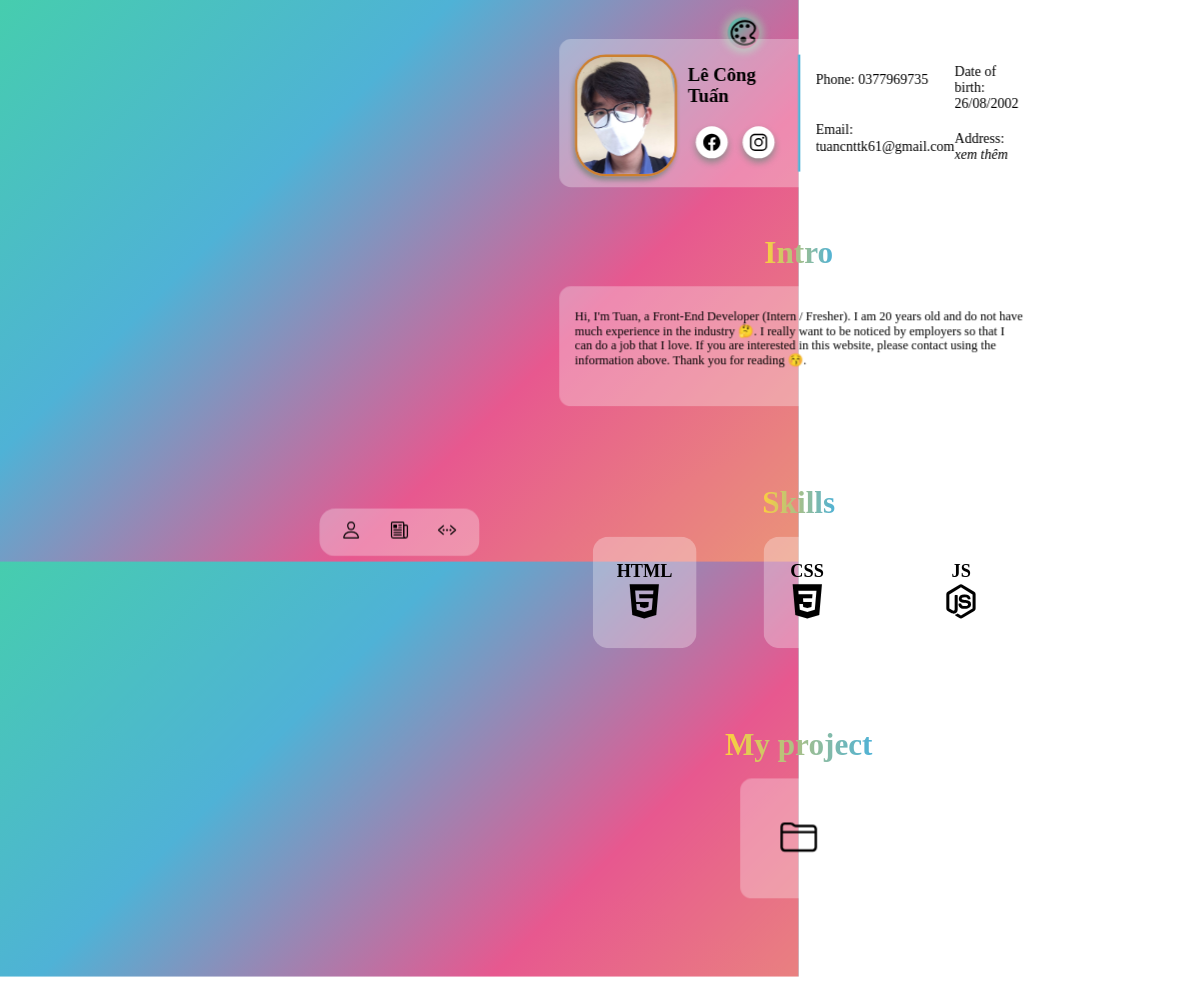
Repository: LeCongTuan2608/Profile
Page: index.html
These files come from the project's save history. The page is drawn as it stood at one moment and after the next save; the edit follows.
The browser window is 1024 px wide. The page is 1536 px wide, then 1024 px, so the pictures cover 1536 px, including what lies to the right of the window. The pictures show the whole page, at 78% of full size.
Backgrounds fixed to the window are drawn as part of the page. The style sheet was rebuilt from its Sass, Less or Tailwind sources for each picture, by a compiler version that may differ from the author's.

Above is the page before, as saved 2022-05-05 12:17:22.

### index.html
<!DOCTYPE html>
<html lang="en">
   <head>
      <meta charset="UTF-8" />
      <meta http-equiv="X-UA-Compatible" content="IE=edge" />
      <meta name="viewport" content="width=device-width, initial-scale=1.0" />

      <script type="module" src="https://unpkg.com/ionicons@5.5.2/dist/ionicons/ionicons.esm.js"></script>
      <script nomodule src="https://unpkg.com/ionicons@5.5.2/dist/ionicons/ionicons.js"></script>

      <link rel="preconnect" href="https://fonts.googleapis.com" />
      <link rel="preconnect" href="https://fonts.gstatic.com" crossorigin />
      <link href="https://fonts.googleapis.com/css2?family=Pacifico&display=swap" rel="stylesheet" />

      <link href="https://unpkg.com/aos@2.3.1/dist/aos.css" rel="stylesheet" />
      <script src="https://unpkg.com/aos@2.3.1/dist/aos.js"></script>

      <link rel="stylesheet" href="./sass/css/style.css" />
      <title>Profile</title>
   </head>
   <body>
      <div class="container">
         <div class="palette">
            <ion-icon name="color-palette-outline"></ion-icon>
            <div class="list-color">
               <ul>
                  <li class="bgr-color"></li>
                  <li class="bgr-color"></li>
                  <li class="bgr-color"></li>
               </ul>
            </div>
         </div>

         <div class="contents">
            <div data-aos="flip-left" data-aos-duration="1500">
               <div class="card-info">
                  <div class="personal-information">
                     <div class="image">
                        <div class="user-image">
                           <img src="./images/1.JPG" alt="" />
                        </div>
                        <div class="user-intro">
                           <h2>Lê Công Tuấn</h2>
                           <div class="user-intro-navigation">
                              <div class="navigation-fb">
                                 <a href="https://www.facebook.com/profile.php?id=100026041985048"
                                    ><ion-icon name="logo-facebook"></ion-icon
                                 ></a>
                                 <span>facebook</span>
                              </div>
                              <div class="navigation-ins">
                                 <a href="https://www.instagram.com/tuanle2608/"
                                    ><ion-icon name="logo-instagram"></ion-icon
                                 ></a>
                                 <span>instagram</span>
                              </div>
                           </div>
                        </div>
                     </div>
                     <div class="contact">
                        <div class="contact-info">
                           <span>Phone: 0377969735</span>
                           <span>Email: tuancnttk61@gmail.com</span>
                        </div>
                        <div class="contact-info">
                           <span>Date of birth: 26/08/2002</span>
                           <span>Address: <i id="see">xem thêm</i></span>
                        </div>
                     </div>
                  </div>
               </div>
            </div>
            <div class="card-intro">
               <div class="intro-yourself">
                  <div class="title">
                     <div data-aos="fade-up" data-aos-duration="1000">
                        <h1>Intro</h1>
                     </div>
                  </div>
                  <div data-aos="flip-down" data-aos-duration="1000">
                     <div class="intro-content">
                        <p>
                           Hi, I'm Tuan, a Front-End Developer (Intern / Fresher). I am 20 years old and do not have
                           much experience in the industry 🤔. I really want to be noticed by employers so that I can do
                           a job that I love. If you are interested in this website, please contact using the
                           information above. Thank you for reading 😚.
                        </p>
                     </div>
                  </div>
               </div>

               <div class="my-skills">
                  <div class="title">
                     <div data-aos="fade-down" data-aos-easing="linear" data-aos-duration="300">
                        <h1>Skills</h1>
                     </div>
                  </div>
                  <div class="skills-content">
                     <div class="list-skills">
                        <div data-aos="fade-right">
                           <h3>HTML</h3>
                           <ion-icon name="logo-html5"></ion-icon>
                        </div>

                        <div data-aos="fade-down">
                           <h3>CSS</h3>
                           <ion-icon name="logo-css3"></ion-icon>
                        </div>

                        <div data-aos="fade-left">
                           <h3>JS</h3>
                           <ion-icon name="logo-nodejs"></ion-icon>
                        </div>
                     </div>
                  </div>
               </div>

               <div class="my-project">
                  <div class="title">
                     <div data-aos="fade-up" data-aos-anchor-placement="bottom-bottom">
                        <h1>My project</h1>
                     </div>
                  </div>
                  <div class="project-box">
                     <div data-aos="zoom-in">
                        <div class="box">
                           <ion-icon name="folder-outline"></ion-icon>
                        </div>
                     </div>
                  </div>
               </div>
            </div>
         </div>

         <div class="box-container">
            <div class="list-project">
               <div class="close">
                  <ion-icon name="close-circle-outline"></ion-icon>
               </div>

               <ul>
                  <li>
                     <a href="https://lecongtuan2608.github.io/Youtube/">https://lecongtuan2608.github.io/Youtube/</a>
                  </li>
                  <li><a href="https://lecongtuan2608.github.io/music/">https://lecongtuan2608.github.io/music/</a></li>
               </ul>
            </div>
         </div>
         <div class="toolbar">
            <div class="tollbar-list">
               <ul>
                  <li><ion-icon name="person-outline"></ion-icon></li>
                  <li><ion-icon name="newspaper-outline"></ion-icon></li>
                  <li><ion-icon name="code-working-outline"></ion-icon></li>
               </ul>
            </div>
         </div>
      </div>
   </body>
   <script>
      AOS.init();
   </script>
   <script src="./js/app.js"></script>
</html>

### js/app.js
const open_project = document.querySelector('.box');
const box_container = document.querySelector('.box-container');
const close_box = document.querySelector('.close');
const list_project = document.querySelector('.list-project');
open_project.addEventListener('click', function () {
   box_container.classList.add('open');
});
close_box.addEventListener('click', function () {
   box_container.classList.remove('open');
});
box_container.addEventListener('click', function () {
   box_container.classList.remove('open');
});
list_project.addEventListener('click', function (event) {
   event.stopPropagation();
});

const palette = document.querySelector('.palette');
var bgr_colors = document.querySelectorAll('.bgr-color');
const container = document.querySelector('.container');
const text_colors = document.querySelectorAll('.title h1');
function bgr_change() {
   for (let i = 0; i < bgr_colors.length; i++) {
      bgr_colors[i].addEventListener('click', function () {
         bgr_colors = i;
         if (bgr_colors == 0) {
            for (let text_color of text_colors) {
               text_color.classList.remove('text-color-2');
               text_color.classList.remove('text-color-3');
               text_color.classList.add('text-color-1');
            }
            container.classList.remove('bgr-color-2');
            container.classList.remove('bgr-color-3');
            container.classList.add('bgr-color-1');
         } else if (bgr_colors == 1) {
            for (let text_color of text_colors) {
               text_color.classList.remove('text-color-1');
               text_color.classList.remove('text-color-3');
               text_color.classList.add('text-color-2');
            }
            container.classList.remove('bgr-color-1');
            container.classList.remove('bgr-color-3');
            container.classList.add('bgr-color-2');
         } else if (bgr_colors == 2) {
            for (let text_color of text_colors) {
               text_color.classList.remove('text-color-1');
               text_color.classList.remove('text-color-2');
               text_color.classList.add('text-color-3');
            }
            container.classList.remove('bgr-color-1');
            container.classList.remove('bgr-color-2');
            container.classList.add('bgr-color-3');
         }
      });
   }
}
bgr_change();

### sass/style.scss
*{
    margin: 0;
    padding: 0;
}
html{
    width: 100%;
    height: 100%;
    padding: 0;
    margin: 0;
    font-family: 'Fredoka One', cursive;

}
body{
    width: 100%;
    height: auto;

}
.container{
    padding-top: 50px;
    width: 100%;
    height: auto;
    position: relative;
    background-image: linear-gradient(-45deg, #ea9479, #e7588f, #4fb2d6, #46cdae);
    background-attachment: fixed;
}
.bgr-color-1{
    background-image: linear-gradient(90deg, #74EBD5 0%, #9FACE6 100%);
    background-attachment: fixed;
}
.bgr-color-2{
    background-image: linear-gradient(to right, #eea2a2 0%, #bbc1bf 19%, #57c6e1 42%, #b49fda 79%, #7ac5d8 100%);
    background-attachment: fixed;
}
.bgr-color-3{
    background-image: linear-gradient(to top, #88d3ce 0%, #6e45e2 100%);
    background-attachment: fixed;
}
.palette{
    position: fixed;
    top: 3%;
    right: 5%;
    font-size: 40px;
}
.list-color ul{
    position: absolute;
}
.palette:hover ul li{
    display: block;
}
// chọn màu bgr
.list-color ul li:first-child{
    margin-bottom: 10px;
    background-image: linear-gradient(90deg, #74EBD5 0%, #9FACE6 100%);
}
.list-color ul li:nth-of-type(2){
    margin-bottom: 10px;
    background-image: linear-gradient(to right, #eea2a2 0%, #bbc1bf 19%, #57c6e1 42%, #b49fda 79%, #7ac5d8 100%);
}
.list-color ul li:last-child{
    background-image: linear-gradient(to top, #88d3ce 0%, #6e45e2 100%);

}

.list-color ul li{
    list-style-type: none;
    display: none;
    width: 40px;
    height: 40px;
    border-radius: 100rem;
    box-shadow: #3d3d3d -1px 2px 5px 2px;

}
.toolbar{
    width:  20%;
    border-radius: 20px;
    position: fixed;
    font-size: 25px;
    left: 50%;
    transform: translateX(-50%);
    bottom: 1%;
    background-color: rgba($color: white, $alpha: 0.3);
}
.tollbar-list{
    padding: 10px;
}
.toolbar ul{
    display: flex;
    justify-content: space-around;
}
.toolbar ul li {
    list-style-type: none;
    display: inline;
    border-radius: 100rem;
    cursor: pointer;
}
.toolbar ul li ion-icon{
    padding: 5px;
}
.toolbar ul li:hover {
background-color: #a5e296;
}
.palette ion-icon{
    background-image: linear-gradient(-45deg, #e7588f,#46cdae);
    border-radius: 100rem;
    box-shadow: #a9a9a9 0px 0px 10px 6px;
    cursor: pointer;
}
.contents{
    width: 100%;
    display: flex;
    flex-wrap: wrap;
    align-content: center;
    flex-direction: column;
}
.contents > div{
    width: 60%;
}
.card-info{
    background-color: rgba($color: white, $alpha: 0.3);
    border-radius: 15px;
}
.personal-information{
    padding: 20px;
    display: flex;

}
.image{
    display: flex;
    flex: 1;
    border-right: 3px solid;
    border-color:#4fb2d6;
    padding-right: 20px;
}
.user-image{
    width: 150px;
    height: 150px;
    // border: 3px solid;
    // border-image-source: linear-gradient(to top, #f64f59, #9634c8);
    // border-image-slice :1;
}
.user-image img{
    width: 100%;
    height: 100%;
    object-fit: cover;
    border-radius: 40px;
    border: solid;
    border-color: #cd802e;
    box-shadow: rgb(137, 137, 137) -2px 5px 7px 0px;


}
.user-intro{
    display: flex;
    margin-left: 20px;
    flex-direction: column;
    justify-content: space-around;
}
.user-intro-navigation{
    display: flex;
    justify-content: space-around;
}
.user-intro-navigation a{
    color: black;
    text-decoration: none;
}
.user-intro-navigation a > ion-icon{
    font-size: 25px;
    border-radius: 100rem;
    padding: 8px;
    background-color: white;
    box-shadow: rgb(137, 137, 137) 0px 5px 10px 0px;
}
.navigation-fb{
    position: relative;
}
.navigation-fb span{
    display: none;
}
.navigation-fb a > ion-icon:hover{
    background-color: rgb(153, 159, 248);
}
.navigation-fb:hover span{
    position: absolute;
    display: block;
    background-color: rgb(153, 159, 248);
    border-radius: 40px;
    padding: 5px;
    font-size: 18px;
    top: -95%;
    left: -50%;
    font-weight: 700;
    animation: intro ease 0.5s;
    z-index: 2;
}
.navigation-fb:hover::after{
    position: absolute;
    content: "";
    width: 13px;
    height: 13px;
    background-color: rgb(153, 159, 248);
    clip-path: polygon(50% 100%, 0 0, 100% 0);
    top: -25%;
    left: 30%;
    animation: intro ease 0.5s;
    z-index: 1;
}


.navigation-ins{
    position: relative;
}
.navigation-ins span{
    display: none;
}
.navigation-ins a > ion-icon:hover{
    background-color: rgb(64, 173, 177);
}
.navigation-ins:hover span{
    position: absolute;
    display: block;
    background-color: rgb(64, 173, 177);
    border-radius: 40px;
    padding: 5px;
    font-size: 18px;
    top: -95%;
    left: -50%;
    font-weight: 700;
    animation: intro ease 0.5s;
    z-index: 2;
}
.navigation-ins:hover::after{
    position: absolute;
    content: "";
    width: 13px;
    height: 13px;
    background-color: rgb(64, 173, 177);
    clip-path: polygon(50% 100%, 0 0, 100% 0);
    top: -25%;
    left: 30%;
    animation: intro ease 0.5s;
    z-index: 1;
}
.contact{
    flex: 1;
    display: flex;
    padding-left: 20px;
}
.contact-info{
    flex: 1;
    display: flex;
    flex-direction: column;
    justify-content: space-around;
}
.contact-info span{
    font-size: 18px;
    overflow: hidden;
}

.card-intro{
    margin-top: 30px;
    width: 60%;

}
.intro-yourself{
    margin: 30px 0 100px 0;
}
.title{
    text-align: center;
    margin-bottom: 20px;
    font-size: 20px;
}
.title h1{
    display: inline-block;
    background-image: linear-gradient( to right,#ffce3d, #4fb2d6);
    color: transparent;
    -webkit-background-clip: text;
    background-clip: text;
}
// đổi màu text
.text-color-1{
    background-image: linear-gradient(-225deg, #AC32E4 0%, #7918F2 48%, #4801FF 100%) !important;
}
.text-color-2{
    background-image: linear-gradient(-225deg, #A445B2 0%, #D41872 52%, #FF0066 100%) !important;
}
.text-color-3{
    background-image: linear-gradient(to top, #50cc7f 0%, #f5d100 100%) !important;
}

//===============
.intro-content{
    padding: 30px 20px 50px 20px;
    background-color: rgba($color: white, $alpha: 0.3);
    border-radius: 15px;
}

.my-skills {
    margin: 30px 0 100px 0;
}
.skills-content .list-skills{
    display: flex;
    justify-content: space-around;
}
.skills-content .list-skills div{
    padding: 5%;
    border-radius: 20px;
    background-color: rgba(255, 255, 255, 0.3);
    list-style-type: none;
    display: inline;
    text-align: center;
    font-size: 20px;
}

.skills-content .list-skills div ion-icon{
    font-size: 50px;
}
.my-project{
    margin: 30px 0 100px 0;

}
.project-box{
    display: flex;
    justify-content: center;
}
.box{
    background-color: rgba($color: white, $alpha: 0.3);
    border-radius: 15px;
    text-align: center;
    cursor: pointer;
}
.box:hover{
    transition-duration: 0.5s;
    transform: scale(1.1, 1.1);
    box-shadow: rgba(130, 130, 130, 0.773) 0px 1px 5px 2px;
}
.box > ion-icon{
    font-size: 50px;
    padding: 50px;
}
.box-container{
    position: fixed;
    top:0;
    left: 0;
    right: 0;
    bottom: 0;
    background-color: rgba( rgb(186, 186, 186), 0.5);
    display: none;
}
.open{
    display: block;
}
.list-project{
    position: absolute;
    left: 30%;
    right: 30%;
    top: 50%;
    transform: translateY(-50%);
    border-radius: 15px;
    background-color: white;
    box-shadow: rgb(137, 137, 137) 0px 5px 10px 0px;
    text-align: center;
    animation: intro ease 1s;

}
.close{
    position: absolute;
    width: 30px;
    height: 30px;
    right: 2%;
    top: 2%;
    font-size: 25px;
    cursor: pointer;
}
.list-project ion-icon:hover{
    color: red;
    border-radius: 100rem;

}
.list-project ul{
    padding: 50px 10px 30px 10px;
}
.list-project ul li{
    list-style-type: none;
}
.list-project ul li a{
    text-decoration: none;
    color: black;
}
.list-project ul li a:hover{
    color: rgb(53, 138, 213);
}
@keyframes intro{
    from {
        transform: translateY((100%));
    }
    to{
        transform: translateY((-50%));
    }
}
@media screen and (max-width:1060px) {
    .contents {
        margin: 0 0 0 50%;
    }
}

After the next save:
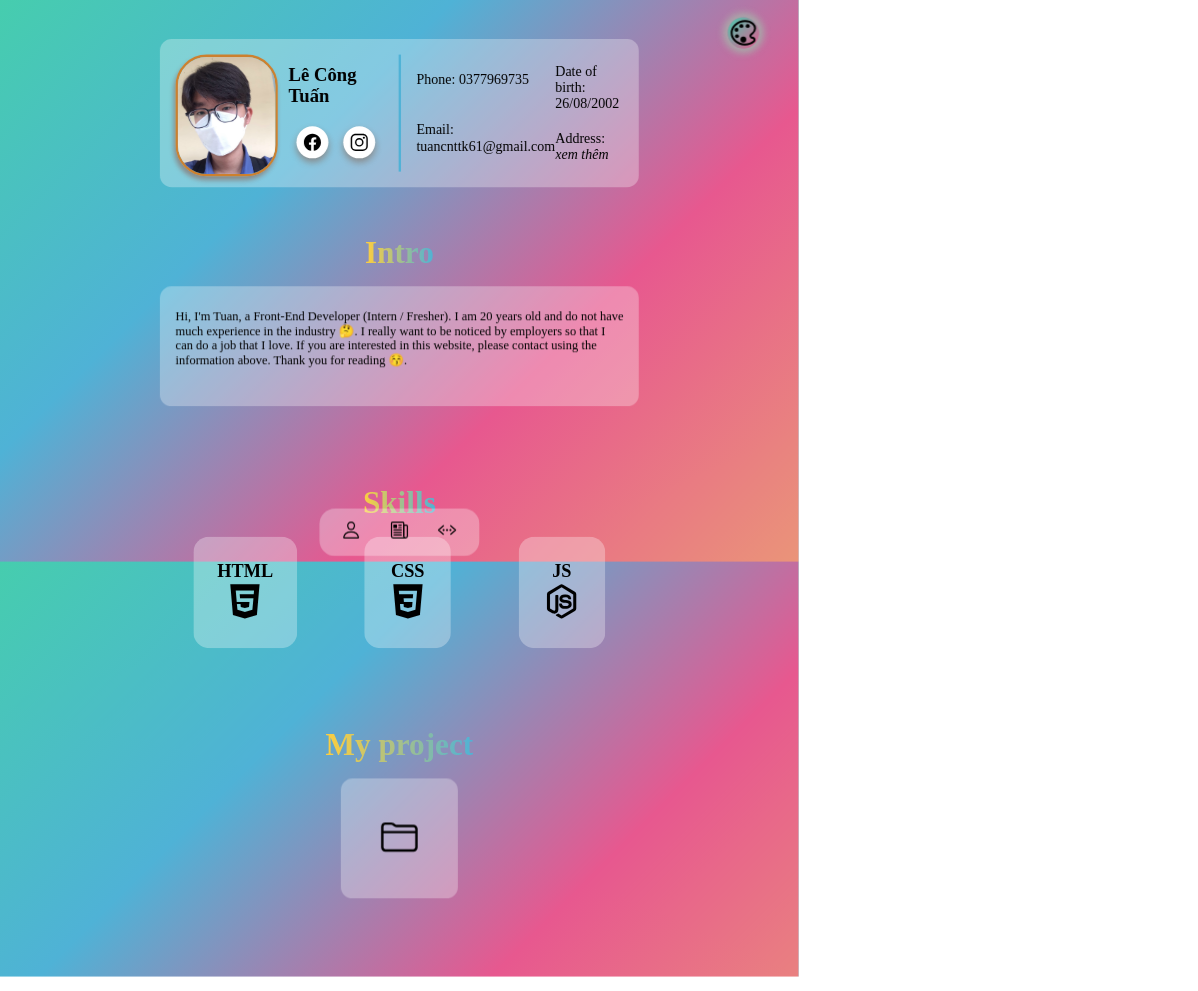
Saved 6 s later.
--- a/sass/style.scss
+++ b/sass/style.scss
@@ -399,6 +399,5 @@ background-color: #a5e296;
 }
 @media screen and (max-width:1060px) {
     .contents {
-        margin: 0 0 0 50%;
     }
 }
